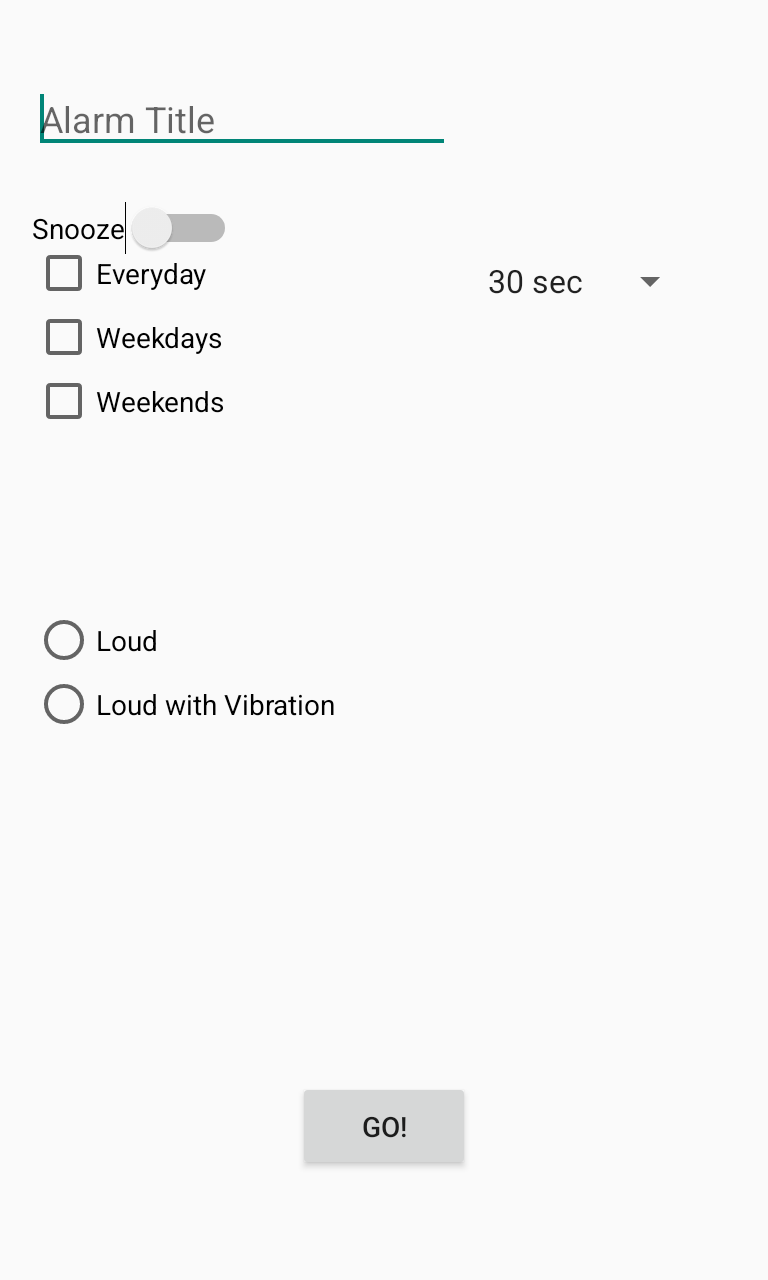
Repository: PaulAlfred/Android_Exercises
Layout: InputControls/res/layout/activity_input_controls.xml
These files come from the project's save history. The layout is drawn as it stood at one moment and after the next save; the edit follows.
It is drawn on a 768 x 1280 px phone screen (xhdpi) without system bars, with theme AppTheme; the app's code is not run.

Above is the layout before, as saved 2014-10-27 06:51:12.

After the next save:
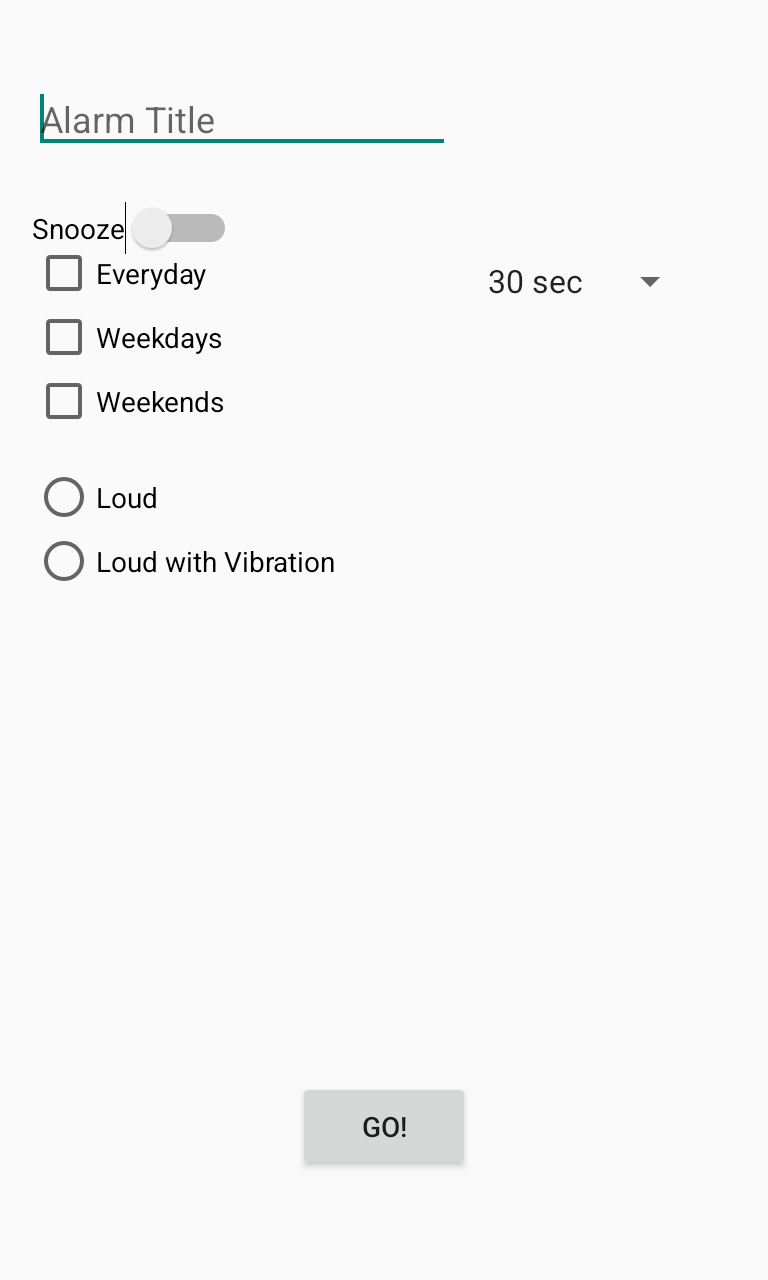
Saved 4 min 54 s later.
--- a/InputControls/res/layout/activity_input_controls.xml
+++ b/InputControls/res/layout/activity_input_controls.xml
@@ -63,22 +63,6 @@
         android:layout_below="@+id/checkBox2"
         android:text="Weekends" />
 
-    <RadioButton
-        android:id="@+id/radioButton1"
-        android:layout_width="wrap_content"
-        android:layout_height="wrap_content"
-        android:layout_alignLeft="@+id/checkBox3"
-        android:layout_centerVertical="true"
-        android:text="Loud" />
-
-    <RadioButton
-        android:id="@+id/radioButton2"
-        android:layout_width="wrap_content"
-        android:layout_height="wrap_content"
-        android:layout_alignLeft="@+id/radioButton1"
-        android:layout_below="@+id/radioButton1"
-        android:text="Loud with Vibration" />
-
     <Switch
         android:id="@+id/switch1"
         android:layout_width="wrap_content"
@@ -97,4 +81,26 @@
         android:entries="@array/snooze_time_array"
         android:prompt="@string/snooze_prompt" />
 
+    <RadioGroup
+        android:id="@+id/radioGroup1"
+        android:layout_width="wrap_content"
+        android:layout_height="wrap_content"
+        android:layout_alignLeft="@+id/checkBox3"
+        android:layout_alignRight="@+id/editText1"
+        android:layout_below="@+id/checkBox3"
+        android:layout_marginTop="16dp" >
+
+        <RadioButton
+            android:id="@+id/radioButton1"
+            android:layout_width="wrap_content"
+            android:layout_height="wrap_content"
+            android:text="Loud" />
+
+        <RadioButton
+            android:id="@+id/radioButton2"
+            android:layout_width="wrap_content"
+            android:layout_height="wrap_content"
+            android:text="Loud with Vibration" />
+    </RadioGroup>
+
 </RelativeLayout>
